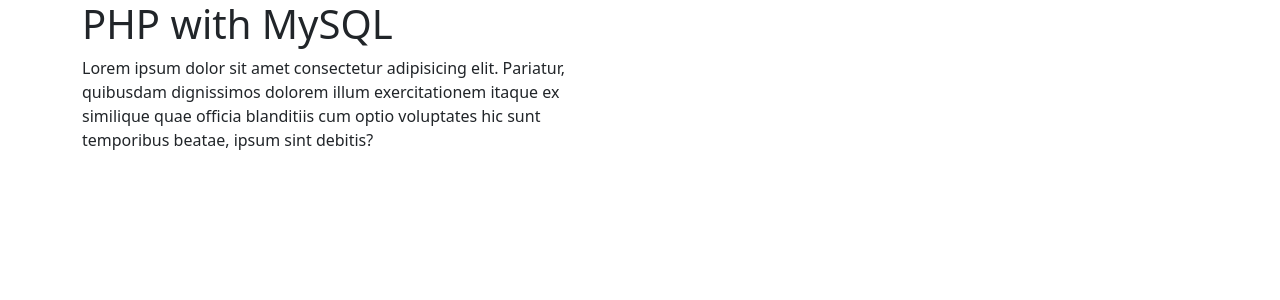
Repository: teban004/COMP1006---W2017
Page: http://localhost/
These files come from the project's save history. The page is drawn as it stood at one moment and after the next save; the edit follows.
The browser window is 1280 px wide. The pictures show the whole page.
The page is run by PHP 8.4 with error messages shown; the project is at /var/www/html/. Queries for data that is not in the repository find no rows.

Above is the page before, as saved 2022-01-02 17:47:03.

### index.php

<!DOCTYPE html>
<html lang="en">
<head>
    <meta charset="utf-8">
    <meta name="viewport" content="width=device-width, initial-scale=1">
    <title>COMP1006</title>
    <!-- CSS Section -->
    <link rel="stylesheet" href="./Scripts/lib/bootstrap/dist/css/bootstrap.min.css">
    <link rel="stylesheet" href="./Scripts/lib/font-awesome/css/fontawesome.css">
    <link rel="stylesheet" href="./Content/app.css">
        <rel></rel>
    </link>
</head>
<body>
    <div class="container">
        <div class="row">
            <div class="col-md-offset-3 col-md-6">
                <h1>PHP with MySQL</h1>
                <p>Lorem ipsum dolor sit amet consectetur adipisicing elit. Pariatur, quibusdam dignissimos dolorem illum exercitationem itaque ex similique quae officia blanditiis cum optio voluptates hic sunt temporibus beatae, ipsum sint debitis?</p>
            </div>
        </div>

    </div>

<?php

    $dsn = 'mysql:host=localhost;dbname=gameDB';
    $userName = 'gameusr';
    $password = 'EASportsKonami-2022';

    try {
        $db = new PDO($dsn, $userName, $password);
    }
    catch(PDOException $e) {
        $message = $e->getMessage();
        echo "An error occurred: " . $message;
    }

    $query = "SELECT * FROM Games";
    $statement = $db->prepare($query);
    $statement->execute();
    $games = $statement->fetch(); // returns an array

?>


    <!-- JavaScript Section-->
    <script src="./Scripts/lib/jquery/dist/jquery.min.js"></script>
    <script src="./Scripts/lib/bootstrap/dist/js/bootstrap.min.js"></script>
    <script src="./Scripts/app.js"></script>
</body>
</html>

### Content/app.css
/* custom CSS goes here */

### Scripts/app.js
/* custom JavaScript goes here */

Loaded but not shown: Scripts/lib/bootstrap/dist/css/bootstrap.min.css (library); Scripts/lib/font-awesome/css/fontawesome.css (library); Scripts/lib/jquery/dist/jquery.min.js (library); Scripts/lib/bootstrap/dist/js/bootstrap.min.js (library)

After the next save:
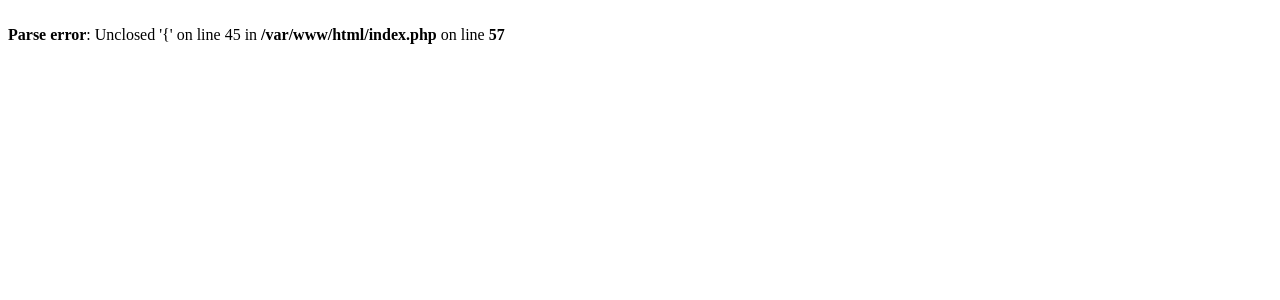
Saved 3 min 18 s later.
--- a/index.php
+++ b/index.php
@@ -39,8 +39,12 @@
 
     $query = "SELECT * FROM Games";
     $statement = $db->prepare($query);
-    $statement->execute();
-    $games = $statement->fetch(); // returns an array
+    $statement->execute(); // run on the db server
+    //$games = $statement->fetch(); // returns an array
+
+    while( $games = $statement->fetch() ) {
+        echo $games['Name'];
+
 
 ?>
 
